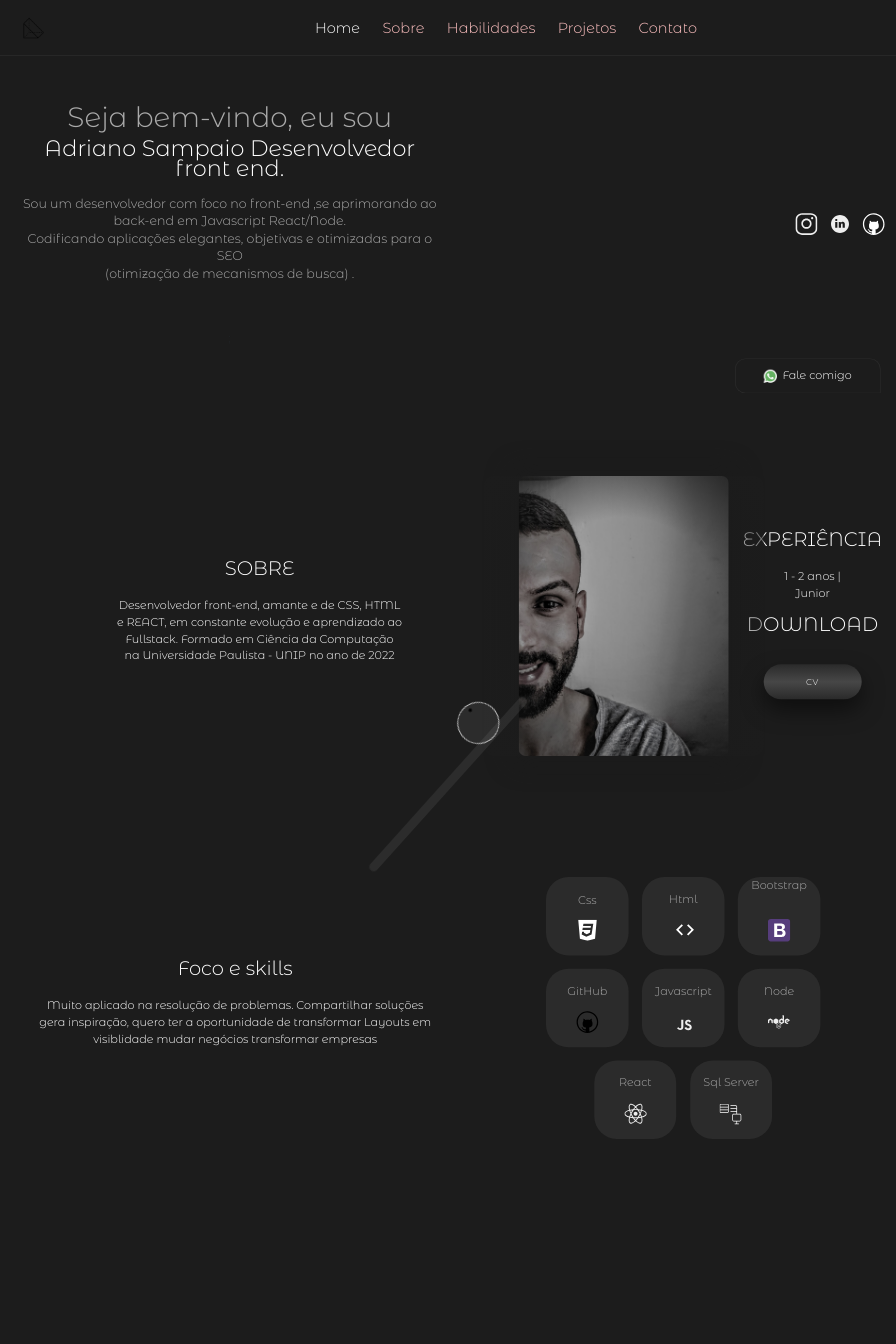
Repository: adrianodisam/NovoPortifolio
Page: /
The author's editor kept a copy of each file at every save. The page is drawn from the files as they stood at one save, then again after the next save.
The browser window is 1280 px wide. The pictures show the part of the page from y = 0 to 1920 px (the page is 3024 px tall), at 70% of full size.
The project was rebuilt for these pictures with package versions that can differ from the ones it lists, and the page was loaded fresh each time. Imported but missing from the stored project, and not drawn on this page: src/componentes/Download/Adriano.pdf.

Above is the page before, as saved 2024-11-02 16:44:35.

After the next save:
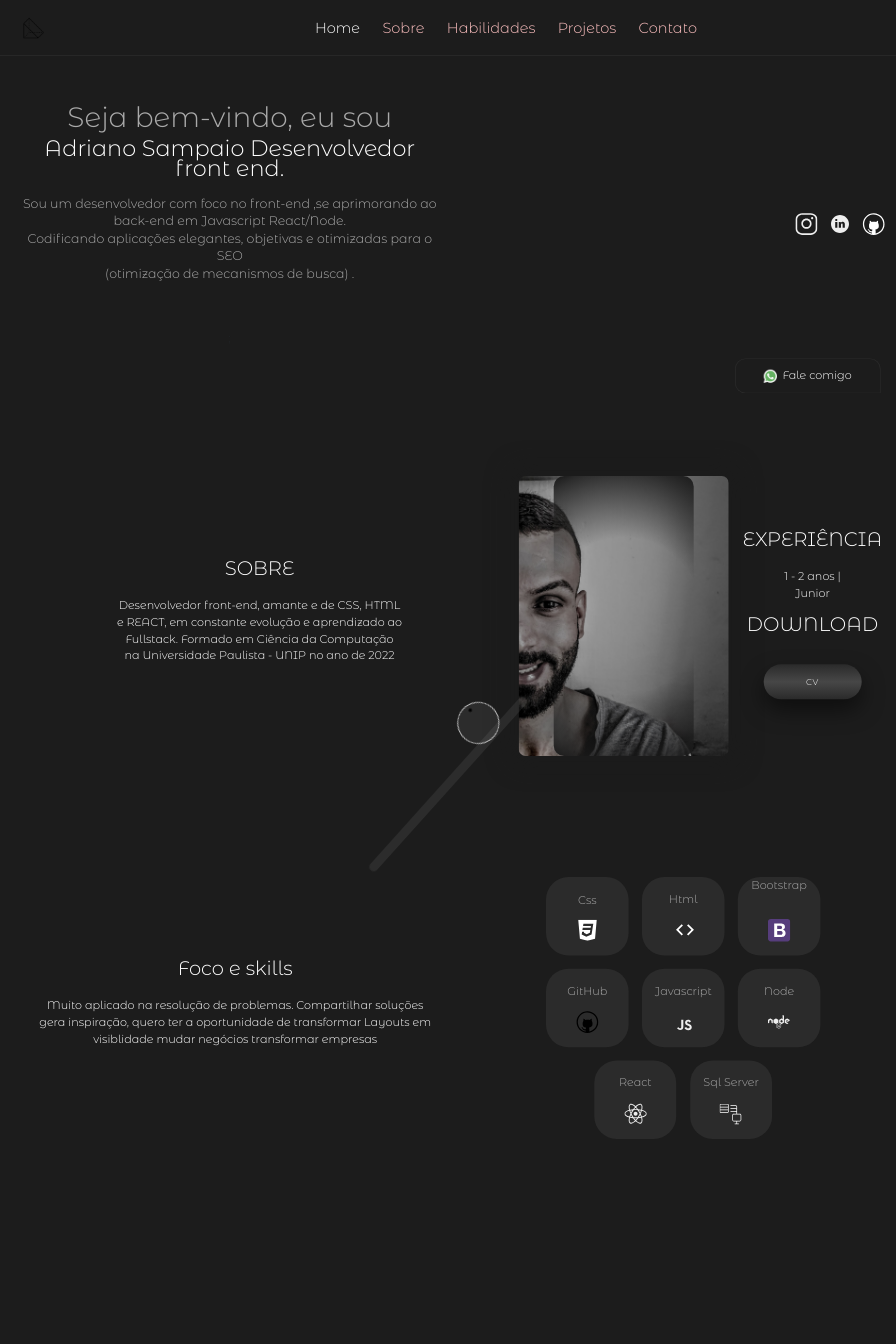
Saved 7 s later.
--- a/src/componentes/FotoSobre/FotoSobre.module.css
+++ b/src/componentes/FotoSobre/FotoSobre.module.css
@@ -22,7 +22,7 @@
 .Container::before {
   content: '';
   position: absolute;
-  width: 400px; /* Um pouco maior que a imagem para o efeito de borda */
+  width: 200px; /* Um pouco maior que a imagem para o efeito de borda */
   height: 400px;
   background: radial-gradient(circle, rgba(28, 28, 28, 0) 50%, #1c1c1c 100%);
   border-radius: 15px;
